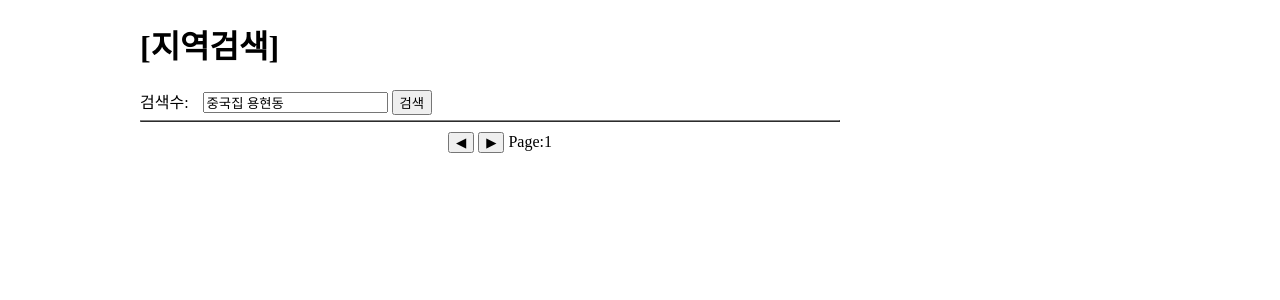
Repository: odasd/Ark-html
Page: 20200420/20200420/WebContent/ex02.html
The author's editor kept a copy of each file at every save. The page is drawn from the files as they stood at one save, then again after the next save.
The browser window is 1280 px wide. The pictures show the whole page.
The page's requests for data from a server got no answer. Some web libraries are served in a nearby version.

Above is the page before, as saved 2020-04-20 11:12:02.

### 20200420/20200420/WebContent/ex02.html
<!DOCTYPE html>
<html>
<head>
   <meta charset="UTF-8">
   <title>지역검색</title>
   <script src="http://code.jquery.com/jquery-1.9.1.js"></script>
   <style>
      #page{width:1000px; margin:auto;}
      #pagination{width:700px; text-align:center; margin:10px;}
      #search{width:700px;margin-bottom:5px;}
      #total{margin-right:10px;}
      tr:hover{background:gray; color:white;}
   </style>
</head>
<body>
<div id="page">
   <h1>[지역검색]</h1>
   <div id="search">
      검색수:<span id="total"></span>
      <input type="text" value="중국집 용현동" id="txtSearch">
      <input type="button" value="검색" id="btnSearch">
   </div>
   <table id="tbl" width=700 border=1></table>
   <div id="pagination">
      <button id="btnPre">◀</button>
      <button id="btnNext">▶</button>
      <span id="pageNo"></span>
   </div>
</div>
</body>
<script>
   var query=$("#txtSearch").val();
   var page=1;
   var is_end=false;

   getList();

   $("#btnSearch").on("click", function(){
      query=$("#txtSearch").val();
      getList();
   });

   $("#txtSearch").keydown(function(){
      query=$("#txtSearch").val();
      getList();
   });

   $("#btnNext").on("click", function(){
      if(is_end==false){
         page=page+1;
         getList();
      }
   });

   $("#btnPre").on("click", function(){
      if(page!=1){
         page=page-1;
         getList();
      }
   });

   function getList(){
      $.ajax({
         type:"get",
         url:"https://dapi.kakao.com/v2/local/search/keyword.json",
         headers:{"Authorization":"KakaoAK 7c639767dd69213dbe17f3a8b722a65b"},
         dataType:"json",
         data:{"query":query, "page":page, "size":10},
         success:function(data){
            var total=data.meta.pageable_count;
            is_end=data.meta.is_end;

            $("#total").html("<b>" + total + "건</b>");

            var str="";
            $(data.documents).each(function(){
               var place=this.place_name;
               var address=this.address_name;
               var tel=this.phone;
               str += "<tr>";
               str += "<td>" + place + "</td>";
               str += "<td>" + address + "</td>";
               str += "<td>" + tel + "</td>";
               str += "</tr>";
            });
            $("#tbl").html(str);
         }
      });
      $("#pageNo").html("Page:" + page);
   }
</script>
</html>

After the next save:
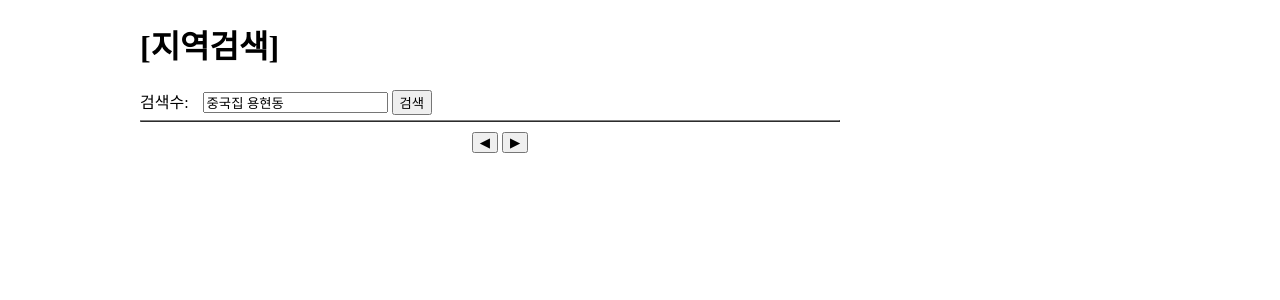
Console error: SyntaxError: missing ) after argument list
Saved 11 min 47 s later.
--- a/20200420/20200420/WebContent/ex02.html
+++ b/20200420/20200420/WebContent/ex02.html
@@ -53,7 +53,7 @@
    });
 
    $("#btnPre").on("click", function(){
-      if(page!=1){
+
          page=page-1;
          getList();
       }

After the save that followed:
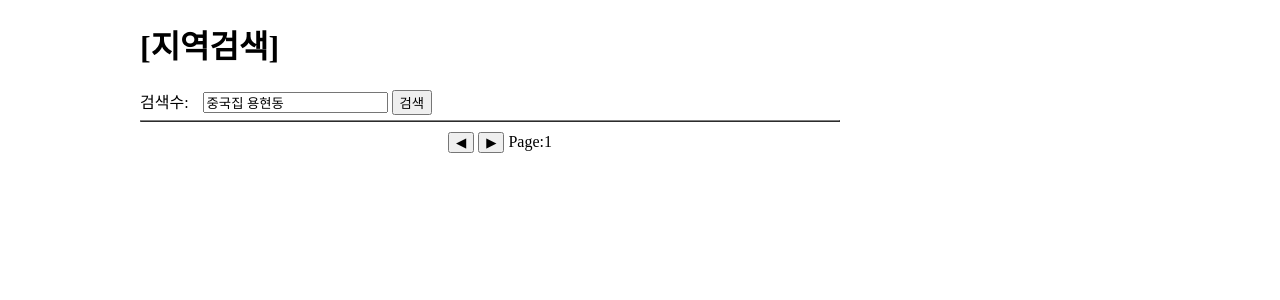
The error is gone.
Saved 8 s later.
--- a/20200420/20200420/WebContent/ex02.html
+++ b/20200420/20200420/WebContent/ex02.html
@@ -53,7 +53,7 @@
    });
 
    $("#btnPre").on("click", function(){
-
+      if(page!=1){
          page=page-1;
          getList();
       }
